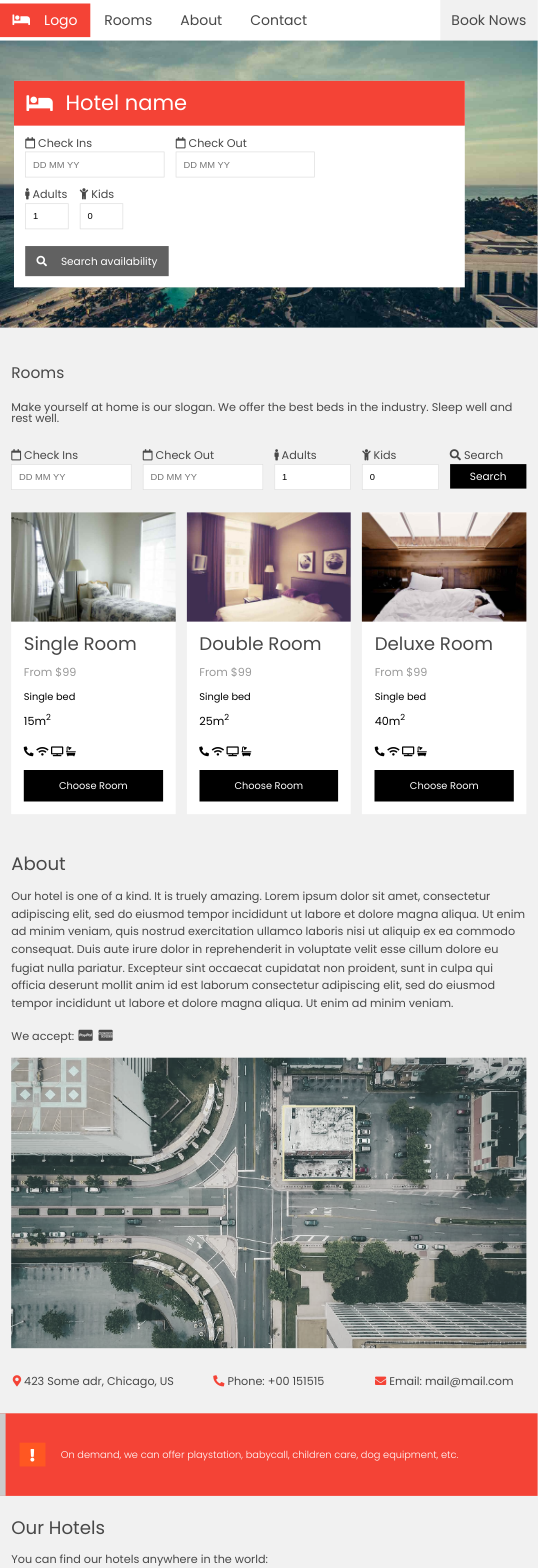
Repository: phamhuuloc/Travel_Template
Page: index.html
These files come from the project's save history. The page is drawn as it stood at one moment and after the next save; the edit follows.
The browser window is 768 px wide. The pictures show the part of the page from y = 0 to 2240 px (the page is 3621 px tall before and 3669 px after), at 70% of full size.
The style sheet was rebuilt from its Sass, Less or Tailwind sources for each picture, by a compiler version that may differ from the author's.

Above is the page before, as saved 2021-09-21 11:34:13.

### index.html
<!DOCTYPE html>
<html lang="en">
  <head>
    <meta charset="UTF-8" />
    <meta http-equiv="X-UA-Compatible" content="IE=edge" />
    <meta name="viewport" content="width=device-width, initial-scale=1.0" />
    <title>Document</title>
    <!-- FONT AWESOME -->
    <link
      rel="stylesheet"
      href="https://cdnjs.cloudflare.com/ajax/libs/font-awesome/5.15.4/css/all.min.css"
      integrity="sha512-1ycn6IcaQQ40/MKBW2W4Rhis/DbILU74C1vSrLJxCq57o941Ym01SwNsOMqvEBFlcgUa6xLiPY/NS5R+E6ztJQ=="
      crossorigin="anonymous"
      referrerpolicy="no-referrer"
    />
    <!-- GOOGLE FONT -->
    <link
      href="https://fonts.googleapis.com/css2?family=Poppins:wght@50;300;400&display=swap"
      rel="stylesheet"
    />
    <!-- CSS -->
    <link rel="stylesheet" href="./assets/resets.css" />
    <link rel="stylesheet" href="./assets/grid.css" />
    <link rel="stylesheet" href="./assets/main.css" />
    <link rel="stylesheet" href="./assets/responsive.css" />
  </head>
  <body>
    <div class="grids">
      <header class="header">
        <div class="logo">
          <i class="fas fa-bed logo__icon"></i>
          Logo
        </div>
        <div class="header__menu">
          <ul class="header__menu-list">
            <li class="header__menu-item">Rooms</li>
            <li class="header__menu-item">About</li>
            <li class="header__menu-item">Contact</li>
          </ul>
          <button class="btn book-btn">Book Nows</button>
        </div>
      </header>
      <section class="intro">
        <img src="./assets/img/hotel.jpg" alt="" class="intro__img" />
        <form class="form-login">
          <div class="form-login__heading">
            <i class="fas fa-bed logo__icon intro-icon"></i>
            <h2 class="form-login__name">Hotel name</h2>
          </div>
          <div class="form-container">
            <div class="row">
              <div class="form__item col l-6">
                <label class="form__item-category">
                  <i class="far fa-calendar form__item-icon"></i>
                  Check Ins
                </label>
                <input
                  type="text"
                  class="form__item-input"
                  placeholder="DD MM YY"
                />
              </div>
              <div class="form__item col l-6">
                <label class="form__item-category">
                  <i class="far fa-calendar form__item-icon"></i>
                  Check Out
                </label>
                <input
                  type="text"
                  class="form__item-input"
                  placeholder="DD MM YY"
                />
              </div>
            </div>
            <div class="row">
              <div class="form__item col l-6">
                <label class="form__item-category">
                  <i class="fas fa-male form__item-icon"></i>
                  Adults
                </label>
                <input
                  type="number"
                  value="1"
                  min="1"
                  max="6"
                  class="form__item-input"
                />
              </div>
              <div class="form__item col l-6">
                <label class="form__item-category">
                  <i class="fas fa-child form__item-icon"></i>
                  Kids
                </label>
                <input
                  type="number"
                  value="0"
                  min="0"
                  max="6"
                  class="form__item-input"
                />
              </div>
            </div>
            <button class="search-btn">
              <i class="fas fa-search search-icon"></i>Search availability
            </button>
          </div>
        </form>
      </section>

      <section class="option-room">
        <div class="option-container">
          <h3 class="option-container__title">Rooms</h3>
          <span class="option-container__desc"
            >Make yourself at home is our slogan. We offer the best beds in the
            industry. Sleep well and rest well.</span
          >
          <!-- FORM LOGIN  -->
          <div class="form-container option-container__form">
            <div class="row">
              <div class="form__item col l-3 m-3">
                <label class="form__item-category">
                  <i class="far fa-calendar form__item-icon"></i>
                  Check Ins
                </label>
                <input
                  type="text"
                  class="form__item-input"
                  placeholder="DD MM YY"
                />
              </div>
              <div class="form__item col l-3 m-3">
                <label class="form__item-category">
                  <i class="far fa-calendar form__item-icon"></i>
                  Check Out
                </label>
                <input
                  type="text"
                  class="form__item-input"
                  placeholder="DD MM YY"
                />
              </div>
              <div class="form__item col l-2 m-2">
                <label class="form__item-category">
                  <i class="fas fa-male form__item-icon"></i>
                  Adults
                </label>
                <input
                  type="number"
                  value="1"
                  min="1"
                  max="6"
                  class="form__item-input"
                />
              </div>
              <div class="form__item col l-2 m-2">
                <label class="form__item-category">
                  <i class="fas fa-child form__item-icon"></i>
                  Kids
                </label>
                <input
                  type="number"
                  value="0"
                  min="0"
                  max="6"
                  class="form__item-input"
                />
              </div>
              <!-- BUTTON F0RM LOGIN -->
              <div class="form__item col l-2 m-2">
                <label class="form__item-category">
                  <i class="fas fa-search"></i> Search</label
                >
                <button class="search-btn search-btn--full">Search</button>
              </div>
            </div>
          </div>
          <div class="category-room">
            <ul class="category-room__list row">
              <li class="category-room__item col l-4 m-4">
                <img
                  src="./assets/img/room_single.jpg"
                  alt=""
                  class="category-room__img"
                />
                <div class="category-room__details">
                  <h3 class="category-room__title">Single Room</h3>
                  <span class="category-room__price">From $99</span>
                  <span class="category-room__charac">Single bed</span>
                  <span class="category-room__area">15m<sup>2</sup></span>
                  <span class="category-room__function">
                    <i class="fas fa-phone-alt"></i>
                    <i class="fas fa-wifi"></i>
                    <i class="fas fa-tv"></i>
                    <i class="fas fa-bath"></i>
                  </span>
                  <button class="btn btn-choose">Choose Room</button>
                </div>
              </li>
              <li class="category-room__item col l-4 m-4">
                <img
                  src="./assets/img/room_double.jpg"
                  alt=""
                  class="category-room__img"
                />
                <div class="category-room__details">
                  <h3 class="category-room__title">Double Room</h3>
                  <span class="category-room__price">From $99</span>
                  <span class="category-room__charac">Single bed</span>
                  <span class="category-room__area">25m<sup>2</sup></span>
                  <span class="category-room__function">
                    <i class="fas fa-phone-alt"></i>
                    <i class="fas fa-wifi"></i>
                    <i class="fas fa-tv"></i>
                    <i class="fas fa-bath"></i>
                  </span>
                  <button class="btn btn-choose">Choose Room</button>
                </div>
              </li>
              <li class="category-room__item col l-4 m-4">
                <img
                  src="./assets/img/room_deluxe.jpg"
                  alt=""
                  class="category-room__img"
                />
                <div class="category-room__details">
                  <h3 class="category-room__title">Deluxe Room</h3>
                  <span class="category-room__price">From $99</span>
                  <span class="category-room__charac">Single bed</span>
                  <span class="category-room__area">40m<sup>2</sup></span>
                  <span class="category-room__function">
                    <i class="fas fa-phone-alt"></i>
                    <i class="fas fa-wifi"></i>
                    <i class="fas fa-tv"></i>
                    <i class="fas fa-bath"></i>
                  </span>
                  <button class="btn btn-choose">Choose Room</button>
                </div>
              </li>
            </ul>
          </div>
        </div>
      </section>
      <section class="local">
        <div class="row">
          <div class="local__container col l-4 m-4">
            <h4 class="local__title">About</h4>
            <p class="local__detail">
              Our hotel is one of a kind. It is truely amazing. Lorem ipsum
              dolor sit amet, consectetur adipiscing elit, sed do eiusmod tempor
              incididunt ut labore et dolore magna aliqua. Ut enim ad minim
              veniam, quis nostrud exercitation ullamco laboris nisi ut aliquip
              ex ea commodo consequat. Duis aute irure dolor in reprehenderit in
              voluptate velit esse cillum dolore eu fugiat nulla pariatur.
              Excepteur sint occaecat cupidatat non proident, sunt in culpa qui
              officia deserunt mollit anim id est laborum consectetur adipiscing
              elit, sed do eiusmod tempor incididunt ut labore et dolore magna
              aliqua. Ut enim ad minim veniam.
            </p>
            <p class="local__payment-methods">
              We accept:
              <i class="fab fa-cc-paypal local__payment-icon"></i>
              <i class="fab fa-cc-amex local__payment-icon"></i>
            </p>
          </div>
          <div class="col l-8 m-8 local__img">
            <img src="./assets/img/map.jpg" alt="" />
          </div>
        </div>
        <div class="local__contact row">
          <div class="local__contact-item col l-4 m-4">
            <i class="fas fa-map-marker-alt local__contact-icon"></i>
            423 Some adr, Chicago, US
          </div>
          <div class="local__contact-item col l-4 m-4">
            <i class="fas fa-phone-alt local__contact-icon"></i>
            Phone: +00 151515
          </div>
          <div class="local__contact-item col l-4 m-4">
            <i class="fas fa-envelope local__contact-icon"></i>
            Email: mail@mail.com
          </div>
        </div>
      </section>
      <div class="demand">
        <i class="fas fa-exclamation demand__icon"></i>
        <p class="demand__desc">
          On demand, we can offer playstation, babycall, children care, dog
          equipment, etc.
        </p>
      </div>
      <section class="our-hotels">
        <h3 class="our-hotels__title">Our Hotels</h3>
        <p class="our-hotels__desc">
          You can find our hotels anywhere in the world:
        </p>
        <div class="row sm-gutter">
          <div class="col l-6 m-6">
            <img
              src="./assets/img/cinqueterre.jpg"
              alt=""
              class="our-hotel__img"
            />
          </div>
          <div class="col l-6 m-6">
            <div class="our-hotel__extend">
              <div class="row our-hotels__extend-item">
                <div class="our-hotels__container col l-6 m-6">
                  <img src="./assets/img/newyork2.jpg" alt="" class="" />
                  <span class="our-hotels__container-name">New York</span>
                </div>
                <div class="our-hotels__container col l-6 m-6">
                  <img src="./assets/img/pisa.jpg" alt="" class="" />
                  <span class="our-hotels__container-name">Pisa</span>
                </div>
              </div>
              <div class="row our-hotels__extend-item">
                <div class="our-hotels__container col l-6 m-6">
                  <img src="./assets/img/sanfran.jpg" alt="" class="" />
                  <span class="our-hotels__container-name">San Francisco</span>
                </div>
                <div class="our-hotels__container col l-6 m-6">
                  <img src="./assets/img/paris.jpg" alt="" class="" />
                  <span class="our-hotels__container-name">Paris</span>
                </div>
              </div>
            </div>
          </div>
        </div>
      </section>
      <section class="offers">
        <h3 class="offers__title">Get the best offers first!</h3>
        <p class="offers__desc">Join our newsletter.</p>
        <label for="" class="offers__email">Email</label>
        <input
          type="text"
          class="offers__input"
          placeholder="Your Email address"
        />
        <button type="button" class="btn btn-subs">Subscribes</button>
      </section>
      <section class="contact">
        <h3 class="contact__title">Contact</h3>
        <p class="contact__desc">
          If you have any questions, do not hesitate to ask them.
        </p>
        <i class="fas fa-map-marker-alt contact__icon"></i>
        <span class="contact__content"> Chicago, US</span>
        <br />
        <i class="fas fa-phone-alt contact__icon"></i>
        <span class="contact__content"> Phone: +00 151515</span>
        <br />
        <i class="fas fa-envelope contact__icon"></i>
        <span class="contact__content"> Email: mail@mail.com</span>
        <form action="" class="contact__form">
          <p>
            <input type="text" class="contact__form-input" placeholder="Name" />
          </p>
          <p>
            <input
              type="text"
              class="contact__form-input"
              placeholder="Email"
            />
          </p>
          <p>
            <input
              type="text"
              class="contact__form-input"
              placeholder="Messages"
            />
          </p>
          <button class="btn send-btn">SEND MESSAGES</button>
        </form>
      </section>
    </div>
    <footer class="footer">
      <h5 class="footer__title">Find Us On</h5>
      <div class="footer__list-icon">
        <i class="fab fa-facebook-square footer__icon"></i>
        <i class="fab fa-instagram footer__icon"></i>
        <i class="fab fa-snapchat footer__icon"></i>
        <i class="fab fa-pinterest-p footer__icon"></i>
        <i class="fab fa-twitter footer__icon"></i>
        <i class="fab fa-linkedin-in footer__icon"></i>
      </div>
    </footer>
  </body>
</html>

### assets/grid.css
.grid {
  width: 100%;
  padding: 0;
}
.grid.wide {
  max-width: 1200px;

  margin: 0 auto;
}
.row {
  display: flex;
  flex-wrap: wrap;
  margin-left: -4px;
  margin-right: -4px;
}
.row.no-gutters {
  margin-left: 0;
  margin-right: 0;
}
.col {
  padding-left: 4px;
  padding-right: 4px;
}
.row.no-gutters .col {
  margin-left: 0;
  margin-right: 0;
}

.c-0 {
  display: none;
}

.c-1 {
  flex: 0 0 8.33333%;
  max-width: 8.33333%;
}

.c-2 {
  flex: 0 0 16.66667%;
  max-width: 16.66667%;
}

.c-3 {
  flex: 0 0 25%;
  max-width: 25%;
}

.c-4 {
  flex: 0 0 33.33333%;
  max-width: 33.33333%;
}

.c-5 {
  flex: 0 0 41.66667%;
  max-width: 41.66667%;
}

.c-6 {
  flex: 0 0 50%;
  max-width: 50%;
}

.c-7 {
  flex: 0 0 58.33333%;
  max-width: 58.33333%;
}

.c-8 {
  flex: 0 0 66.66667%;
  max-width: 66.66667%;
}

.c-9 {
  flex: 0 0 75%;
  max-width: 75%;
}

.c-10 {
  flex: 0 0 83.33333%;
  max-width: 83.33333%;
}

.c-11 {
  flex: 0 0 91.66667%;
  max-width: 91.66667%;
}

.c-12 {
  flex: 0 0 100%;
  max-width: 100%;
}

.c-o-1 {
  margin-left: 8.33333%;
}

.c-o-2 {
  margin-left: 16.66667%;
}

.c-o-3 {
  margin-left: 25%;
}

.c-o-4 {
  margin-left: 33.33333%;
}

.c-o-5 {
  margin-left: 41.66667%;
}

.c-o-6 {
  margin-left: 50%;
}

.c-o-7 {
  margin-left: 58.33333%;
}

.c-o-8 {
  margin-left: 66.66667%;
}

.c-o-9 {
  margin-left: 75%;
}

.c-o-10 {
  margin-left: 83.33333%;
}

.c-o-11 {
  margin-left: 91.66667%;
}
/* TABLET */
@media (min-width: 740px) {
  .row {
    margin-left: -8px;
    margin-right: -8px;
  }
  .col {
    padding-right: 8px;
    padding-left: 8px;
  }
  .m-0 {
    display: none;
  }
  .m-1,
  .m-2,
  .m-3,
  .m-4,
  .m-5,
  .m-6,
  .m-7,
  .m-8,
  .m-9,
  .m-10,
  .m-11,
  .m-12 {
    display: block;
  }

  .m-1 {
    flex: 0 0 8.33333%;
    max-width: 8.33333%;
  }

  .m-2 {
    flex: 0 0 16.66667%;
    max-width: 16.66667%;
  }

  .m-3 {
    flex: 0 0 25%;
    max-width: 25%;
  }

  .m-4 {
    flex: 0 0 33.33333%;
    max-width: 33.33333%;
  }

  .m-5 {
    flex: 0 0 41.66667%;
    max-width: 41.66667%;
  }

  .m-6 {
    flex: 0 0 50%;
    max-width: 50%;
  }

  .m-7 {
    flex: 0 0 58.33333%;
    max-width: 58.33333%;
  }

  .m-8 {
    flex: 0 0 66.66667%;
    max-width: 66.66667%;
  }

  .m-9 {
    flex: 0 0 75%;
    max-width: 75%;
  }

  .m-10 {
    flex: 0 0 83.33333%;
    max-width: 83.33333%;
  }

  .m-11 {
    flex: 0 0 91.66667%;
    max-width: 91.66667%;
  }

  .m-12 {
    flex: 0 0 100%;
    max-width: 100%;
  }

  .m-o-1 {
    margin-left: 8.33333%;
  }

  .m-o-2 {
    margin-left: 16.66667%;
  }

  .m-o-3 {
    margin-left: 25%;
  }

  .m-o-4 {
    margin-left: 33.33333%;
  }

  .m-o-5 {
    margin-left: 41.66667%;
  }

  .m-o-6 {
    margin-left: 50%;
  }

  .m-o-7 {
    margin-left: 58.33333%;
  }

  .m-o-8 {
    margin-left: 66.66667%;
  }

  .m-o-9 {
    margin-left: 75%;
  }

  .m-o-10 {
    margin-left: 83.33333%;
  }

  .m-o-11 {
    margin-left: 91.66667%;
  }
}
/* PC MEDIUM RESOLUTION */
@media (min-width: 1113px) {
  .row {
    margin-left: -12px;
    margin-right: -12px;
  }
  .row.sm-gutter {
    margin-left: -8px;
    margin-right: -8px;
  }
  .col {
    padding-left: 12px;
    padding-right: 12px;
  }
  .row.sm-gutter .col {
    padding-left: 8px;
    padding-right: 8px;
  }
  .l-0 {
    display: none;
  }

  .l-1,
  .l-2,
  .l-2-4,
  .l-3,
  .l-4,
  .l-5,
  .l-6,
  .l-7,
  .l-8,
  .l-9,
  .l-10,
  .l-11,
  .l-12 {
    display: block;
  }

  .l-1 {
    flex: 0 0 8.33333%;
    max-width: 8.33333%;
  }

  .l-2 {
    flex: 0 0 16.66667%;
    max-width: 16.66667%;
  }

  .l-2-4 {
    flex: 0 0 20%;
    max-width: 20%;
  }

  .l-3 {
    flex: 0 0 25%;
    max-width: 25%;
  }

  .l-4 {
    flex: 0 0 33.33333%;
    max-width: 33.33333%;
  }

  .l-5 {
    flex: 0 0 41.66667%;
    max-width: 41.66667%;
  }

  .l-6 {
    flex: 0 0 50%;
    max-width: 50%;
  }

  .l-7 {
    flex: 0 0 58.33333%;
    max-width: 58.33333%;
  }

  .l-8 {
    flex: 0 0 66.66667%;
    max-width: 66.66667%;
  }

  .l-9 {
    flex: 0 0 75%;
    max-width: 75%;
  }

  .l-10 {
    flex: 0 0 83.33333%;
    max-width: 83.33333%;
  }

  .l-11 {
    flex: 0 0 91.66667%;
    max-width: 91.66667%;
  }

  .l-12 {
    flex: 0 0 100%;
    max-width: 100%;
  }

  .l-o-1 {
    margin-left: 8.33333%;
  }

  .l-o-2 {
    margin-left: 16.66667%;
  }

  .l-o-3 {
    margin-left: 25%;
  }

  .l-o-4 {
    margin-left: 33.33333%;
  }

  .l-o-5 {
    margin-left: 41.66667%;
  }

  .l-o-6 {
    margin-left: 50%;
  }

  .l-o-7 {
    margin-left: 58.33333%;
  }

  .l-o-8 {
    margin-left: 66.66667%;
  }

  .l-o-9 {
    margin-left: 75%;
  }

  .l-o-10 {
    margin-left: 83.33333%;
  }

  .l-o-11 {
    margin-left: 91.66667%;
  }
}
/* TABLET AND PC */
@media (min-width: 740px) and (max-width: 1023px) {
  .wide {
    width: 644px;
  }
}
/* > PC  LOW RESOLUTION */
@media (min-width: 1024px) and (max-width: 1239px) {
  .wide {
    width: 984px;
  }
}
.form__item {
  display: flex;
  flex-direction: column;
}

### assets/responsive.css
@media (min-width: 740px) and (max-width: 1024px) {
  .local__container {
    max-width: 100%;
    flex: 100%;
    margin-bottom: 2.2rem;
  }
  .local__img {
    max-width: 100%;
    flex: 100%;
  }
  .demand__desc {
    font-size: 1.4rem;
  }
  .our-hotels__container-name {
    font-size: 1.8rem;
  }
}

Loaded but not shown: assets/resets.css (common file); assets/main.scss (444 lines, source omitted)

After the next save:
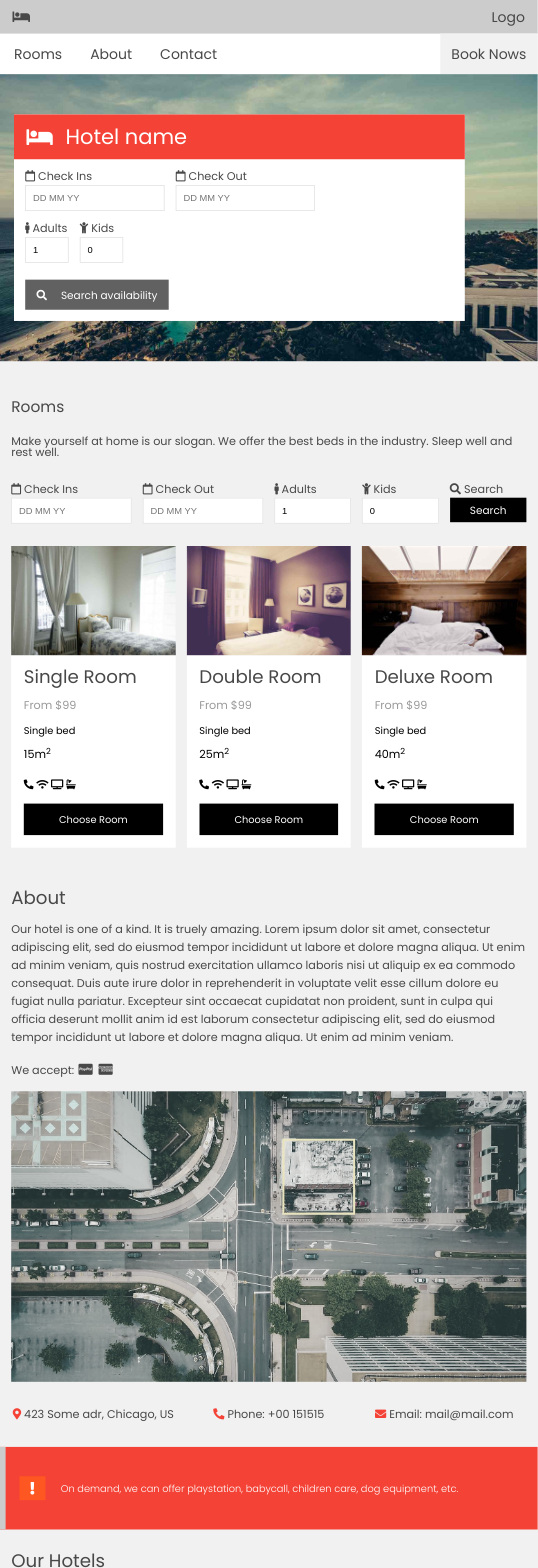
Saved 3 min 27 s later.
--- a/assets/responsive.css
+++ b/assets/responsive.css
@@ -15,3 +15,13 @@
     font-size: 1.8rem;
   }
 }
+/*MOBILE  */
+@media (min-width: 768px) and (max-width: 979px) {
+  .header {
+    flex-direction: column;
+  }
+  .logo {
+    justify-content: center;
+    width: 100%;
+  }
+}

After the save that followed:
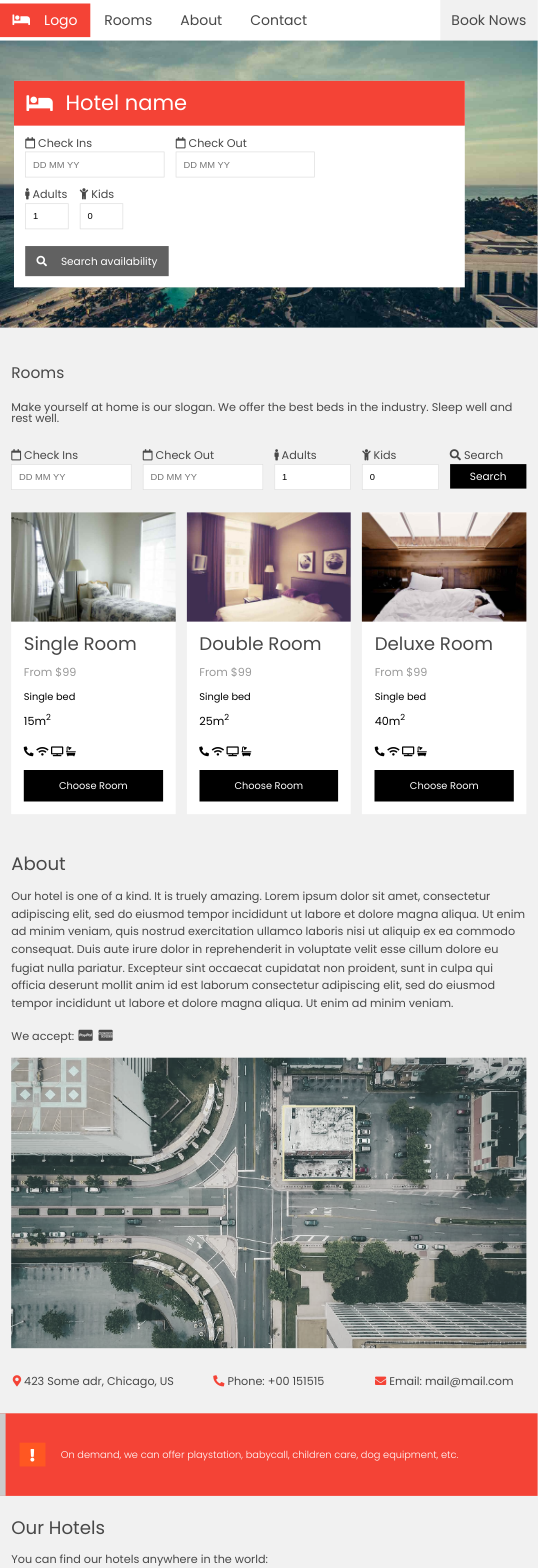
Saved 25 s later.
--- a/assets/responsive.css
+++ b/assets/responsive.css
@@ -16,7 +16,7 @@
   }
 }
 /*MOBILE  */
-@media (min-width: 768px) and (max-width: 979px) {
+@media (min-width: 600) and (max-width: 800) {
   .header {
     flex-direction: column;
   }
